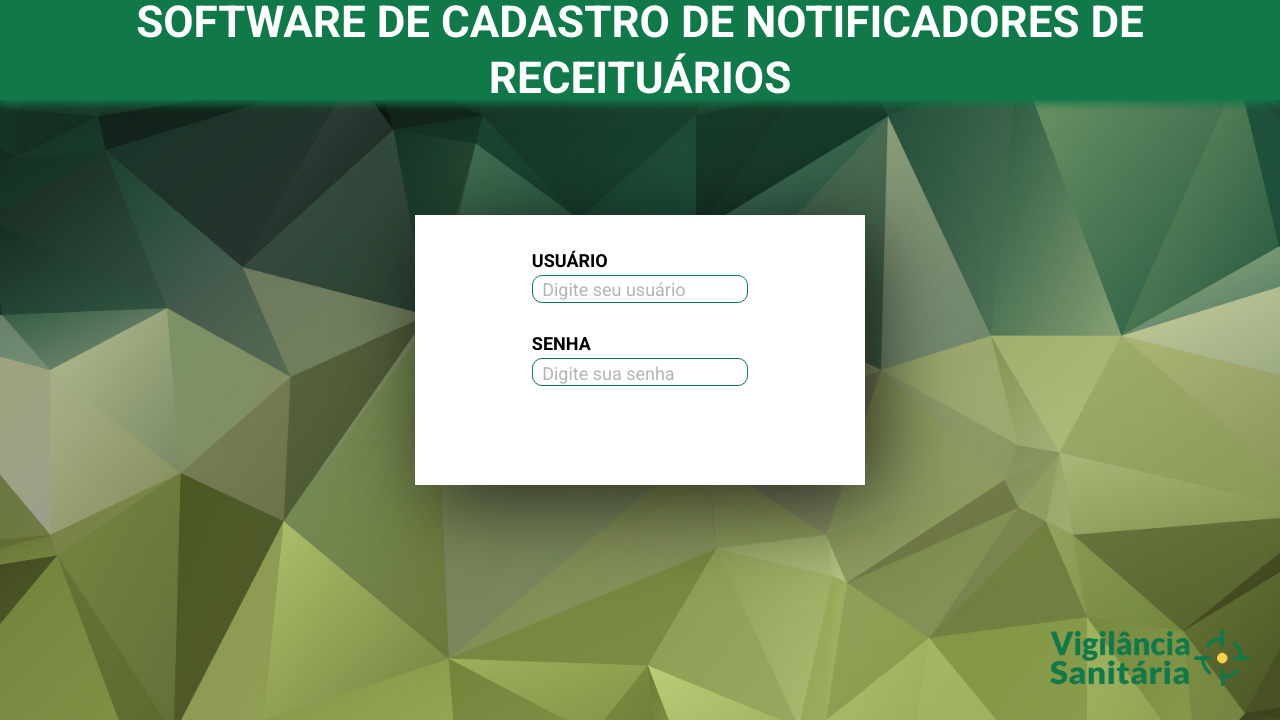
Repository: milena-rosa/web-prescription-notifier
Page: /
These files come from the project's save history. The page is drawn as it stood at one moment and after the next save; the edit follows.
The browser window is 1280 px wide. The pictures show the whole page.
The project was rebuilt for these pictures with package versions that can differ from the ones it lists, and the page was loaded fresh each time. Also part of the build but not shown: src/pages/Home/styles.ts, src/pages/Home/index.tsx.

Above is the page before, as saved 2021-11-07 13:25:11.

After the next save:
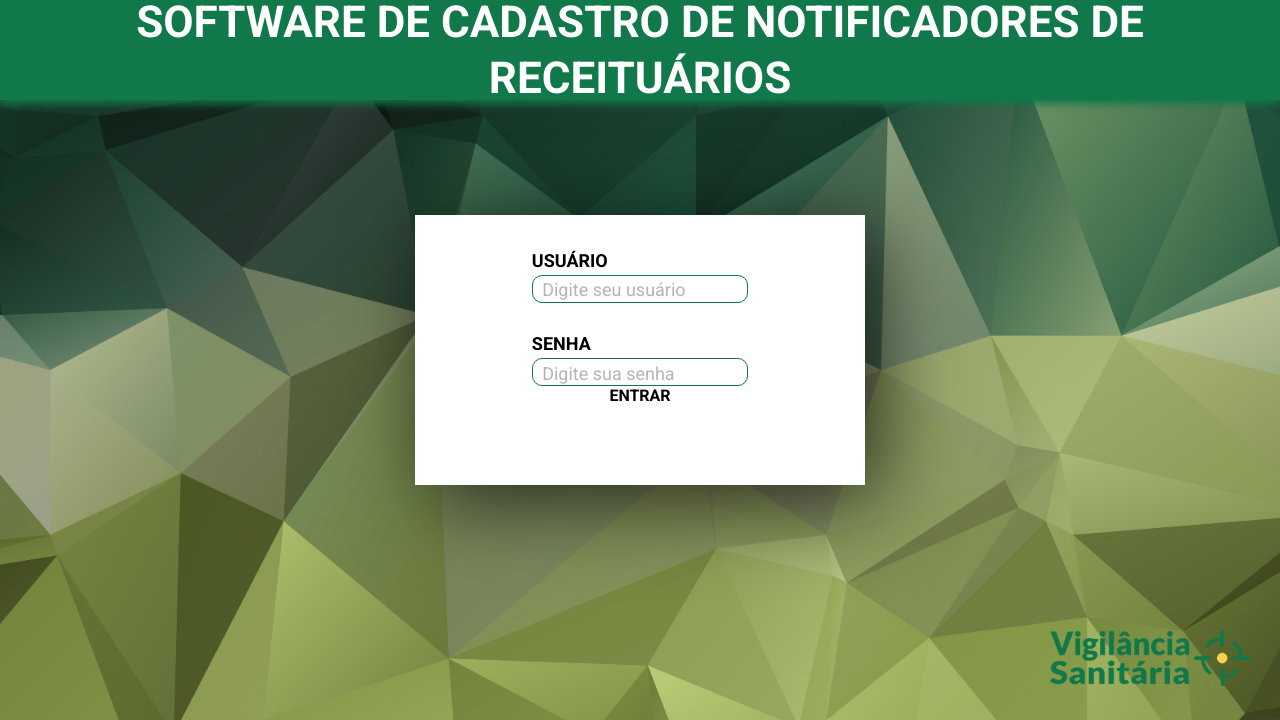
Saved 24 s later.
--- a/src/pages/SignIn/index.tsx
+++ b/src/pages/SignIn/index.tsx
@@ -1,6 +1,7 @@
 import React from 'react'
 
 import logo from '../../assets/logo.png'
+import { Button } from '../../components/Button'
 import { Input } from '../../components/Input'
 import { useForm } from '../../hooks/useForm'
 import { Container } from './styles'
@@ -47,6 +48,7 @@
           onChange={handleChange('password')}
           errors={errors.password}
         />
+        <Button>Entrar</Button>
       </div>
       <footer>
         <img src={logo} alt="Vigilância Sanitária" />
